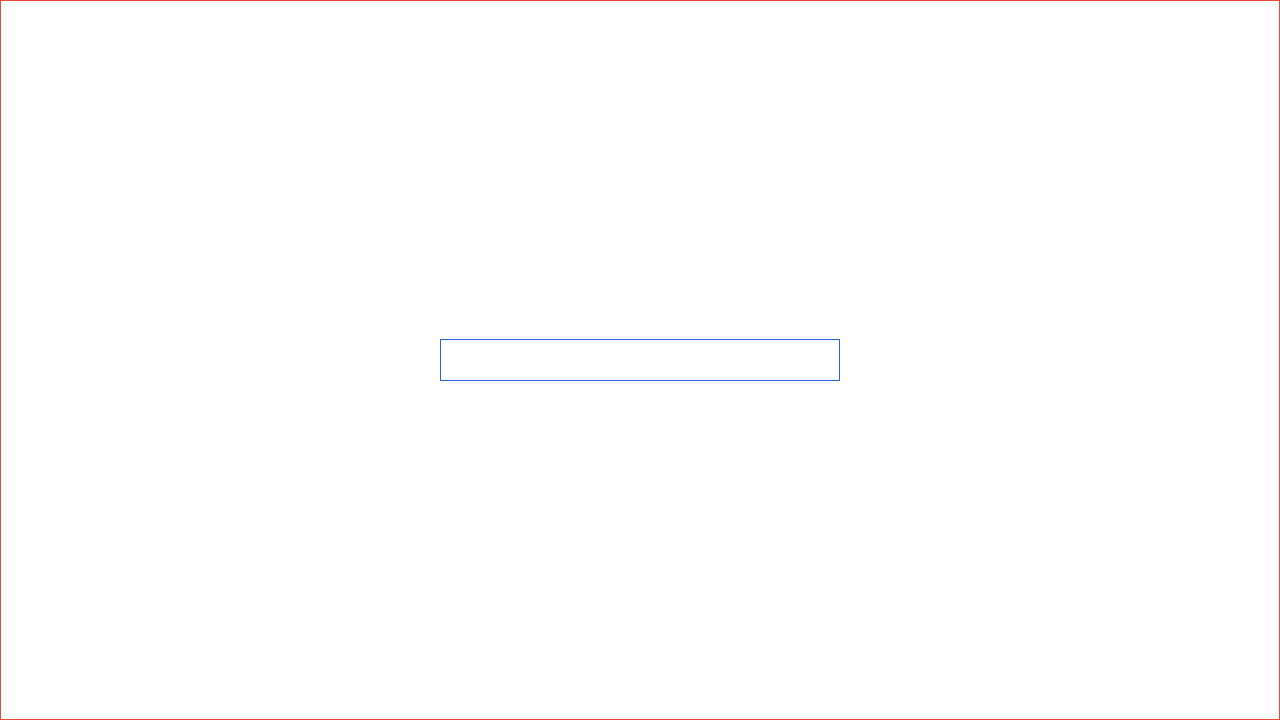
Repository: HoaHoang25092001/TODOLIST_MP3
Page: /
These files come from the project's save history. The page is drawn as it stood at one moment and after the next save; the edit follows.
The browser window is 1280 px wide. The pictures show the whole page.
The project was rebuilt for these pictures with package versions that can differ from the ones it lists, and the page was loaded fresh each time.

Above is the page before, as saved 2023-05-07 16:37:55.

### src/App.js
function App() {
  return (
    <div className="App">
    <div className="flex h-screen items-center border border-red-500 justify-center">
      <input
      type="text"
      className="outline-none border border-blue-600 px-4 py-2 w-[400px]"
      />
    </div>
    </div>
  );
}

export default App;

### tailwind.config.js
/** @type {import('tailwindcss').Config} */
module.exports = {
  content: ["./src/**/*.{html,js}", "./public/index.html"],
  theme: {
    extend: {},
  },
  plugins: [],
}

Loaded but not shown: public/index.html (common file); src/index.js (common file); src/index.css (common file); src/reportWebVitals.js (common file)

After the next save:
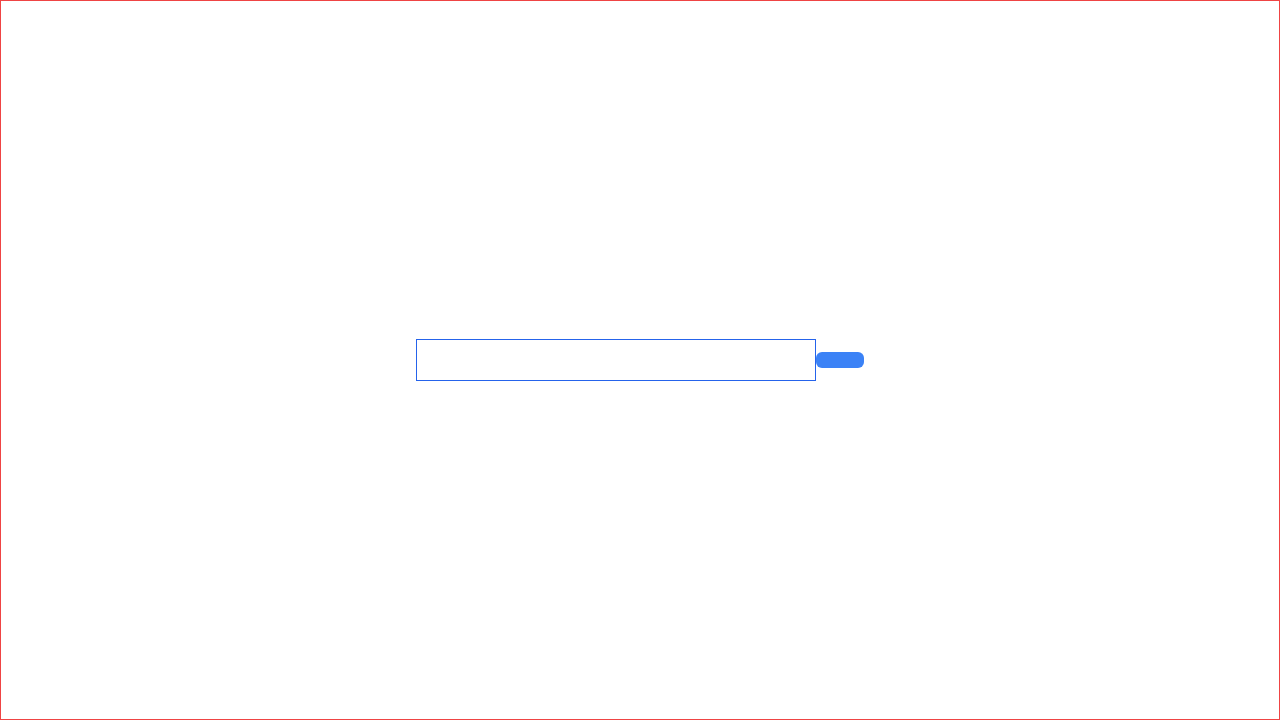
Saved 2 min 48 s later.
--- a/src/App.js
+++ b/src/App.js
@@ -6,6 +6,11 @@ function App() {
       type="text"
       className="outline-none border border-blue-600 px-4 py-2 w-[400px]"
       />
+      <button
+      type="button"
+      className="outline-none px-6 py-2 bg-blue-500 rounded-md text-white"
+      >
+      </button>
     </div>
     </div>
   );
